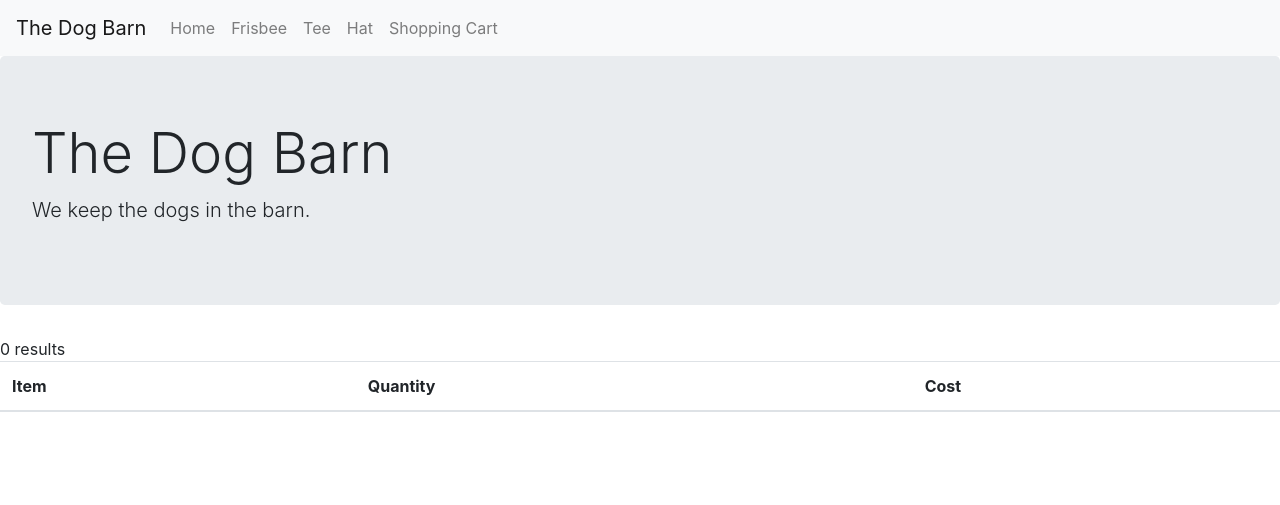
Repository: crudolph1214/SQL-Project
Page: http://localhost/shoppingcart.php
The author's editor kept a record of every edit. The page is drawn from the files as they stood at one moment, then again after the next edit.
The browser window is 1280 px wide. The pictures show the whole page.
The page is run by PHP 8.4 with error messages shown; the project is at /var/www/html/. Queries for data that is not in the repository find no rows.

Above is the page before.

### workspace/shoppingcart.php
<!DOCTYPE html>
<html lang="en">
    <head>
        <!-- Required meta tags -->
        <meta charset="utf-8">
        <meta name="viewport" content="width=device-width, initial-scale=1, shrink-to-fit=no">

        <!-- Bootstrap CSS -->
        <link rel="stylesheet" href="https://stackpath.bootstrapcdn.com/bootstrap/4.1.0/css/bootstrap.min.css" integrity="sha384-9gVQ4dYFwwWSjIDZnLEWnxCjeSWFphJiwGPXr1jddIhOegiu1FwO5qRGvFXOdJZ4" crossorigin="anonymous">

        <title>The Dog Barn</title>
    </head>
    <body>
        <nav class="navbar navbar-expand-lg navbar-light bg-light">
            <a class="navbar-brand" href="index.php">The Dog Barn</a>
            <button class="navbar-toggler" type="button" data-toggle="collapse" data-target="#navbarNav" aria-controls="navbarNav" aria-expanded="false" aria-label="Toggle navigation">
                <span class="navbar-toggler-icon"></span>
            </button>
            <div class="collapse navbar-collapse" id="navbarNav">
                <ul class="navbar-nav">
                    <li class="nav-item">
                        <a class="nav-link" href="index.php">Home</a>
                    </li>
                    <li class="nav-item">
                        <a class="nav-link" href="frisbee.php">Frisbee</a>
                    </li>
                    <li class="nav-item">
                        <a class="nav-link" href="tee.php">Tee</a>
                    </li>
                    <li class="nav-item">
                        <a class="nav-link" href="hat.php">Hat</a>
                    </li>
                    <li class="nav-item">
                        <a class="nav-link" href="shoppingcart.php">Shopping Cart</a>
                    </li>
                </ul>
            </div>
        </nav>

        <div class="jumbotron">
            <h1 class="display-4">The Dog Barn</h1>
            <p class="lead">We keep the dogs in the barn.</p>
        </div>

        <table class="table">
            <thead>
                <tr>
                    <th scope="col">Item</th>
                    <th scope="col">Quantity</th>
                    <th scope="col">Cost</th>
                </tr>
            </thead>
            <tbody>
                <?php
                    $servername = "localhost";
                    $username = "justinkelleher";
                    $password = "";
                    $dbname = "dogBarn";

                    // Create connection
                    $conn = new mysqli($servername, $username, $password, $dbname);
                    // Check connection
                    if ($conn->connect_error) {
                        die("Connection failed: " . $conn->connect_error);
                    }

                    $sql = "SELECT product, quantity, price FROM shoppingCart";
                    $result = $conn->query($sql);

                    if ($result->num_rows > 0) {
                        // output data of each row
                        while($row = $result->fetch_assoc()) {
                            echo "<tr>";
                            echo "<td>" . $row["product"] . "</td>";
                            echo "<td>" . $row["quantity"] . "</td>";
                            echo "<td>$" . ($row["quantity"] * $row["price"]) . "</td>";
                            echo "</tr>";
                        }
                    } else {
                        echo "0 results";
                    }
                    $conn->close();
                ?>
            </tbody>
        </table>

        <!-- jQuery first, then Popper.js, then Bootstrap JS -->
        <script src="https://code.jquery.com/jquery-3.3.1.slim.min.js" integrity="sha384-q8i/X+965DzO0rT7abK41JStQIAqVgRVzpbzo5smXKp4YfRvH+8abtTE1Pi6jizo" crossorigin="anonymous"></script>
        <script src="https://cdnjs.cloudflare.com/ajax/libs/popper.js/1.14.0/umd/popper.min.js" integrity="sha384-cs/chFZiN24E4KMATLdqdvsezGxaGsi4hLGOzlXwp5UZB1LY//20VyM2taTB4QvJ" crossorigin="anonymous"></script>
        <script src="https://stackpath.bootstrapcdn.com/bootstrap/4.1.0/js/bootstrap.min.js" integrity="sha384-uefMccjFJAIv6A+rW+L4AHf99KvxDjWSu1z9VI8SKNVmz4sk7buKt/6v9KI65qnm" crossorigin="anonymous"></script>
    </body>
</html>

After the next edit:
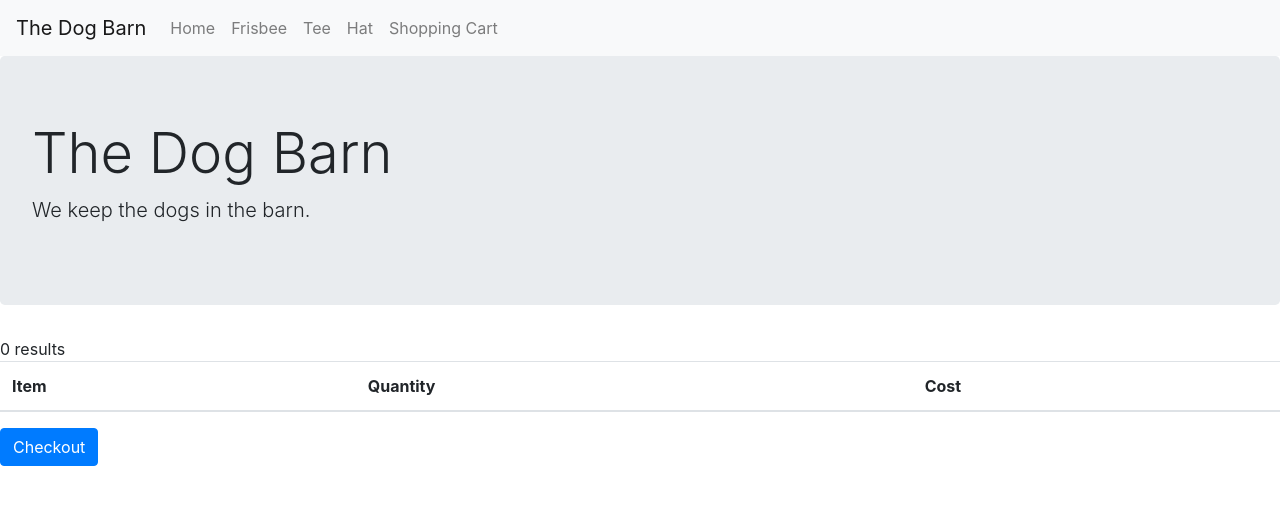
The edit:
--- a/workspace/shoppingcart.php
+++ b/workspace/shoppingcart.php
@@ -84,6 +84,10 @@
             </tbody>
         </table>
 
+        <form action="checkout.php" method="get">
+            <input type="submit" class="btn btn-primary" value="Checkout">
+        </form>
+
         <!-- jQuery first, then Popper.js, then Bootstrap JS -->
         <script src="https://code.jquery.com/jquery-3.3.1.slim.min.js" integrity="sha384-q8i/X+965DzO0rT7abK41JStQIAqVgRVzpbzo5smXKp4YfRvH+8abtTE1Pi6jizo" crossorigin="anonymous"></script>
         <script src="https://cdnjs.cloudflare.com/ajax/libs/popper.js/1.14.0/umd/popper.min.js" integrity="sha384-cs/chFZiN24E4KMATLdqdvsezGxaGsi4hLGOzlXwp5UZB1LY//20VyM2taTB4QvJ" crossorigin="anonymous"></script>
